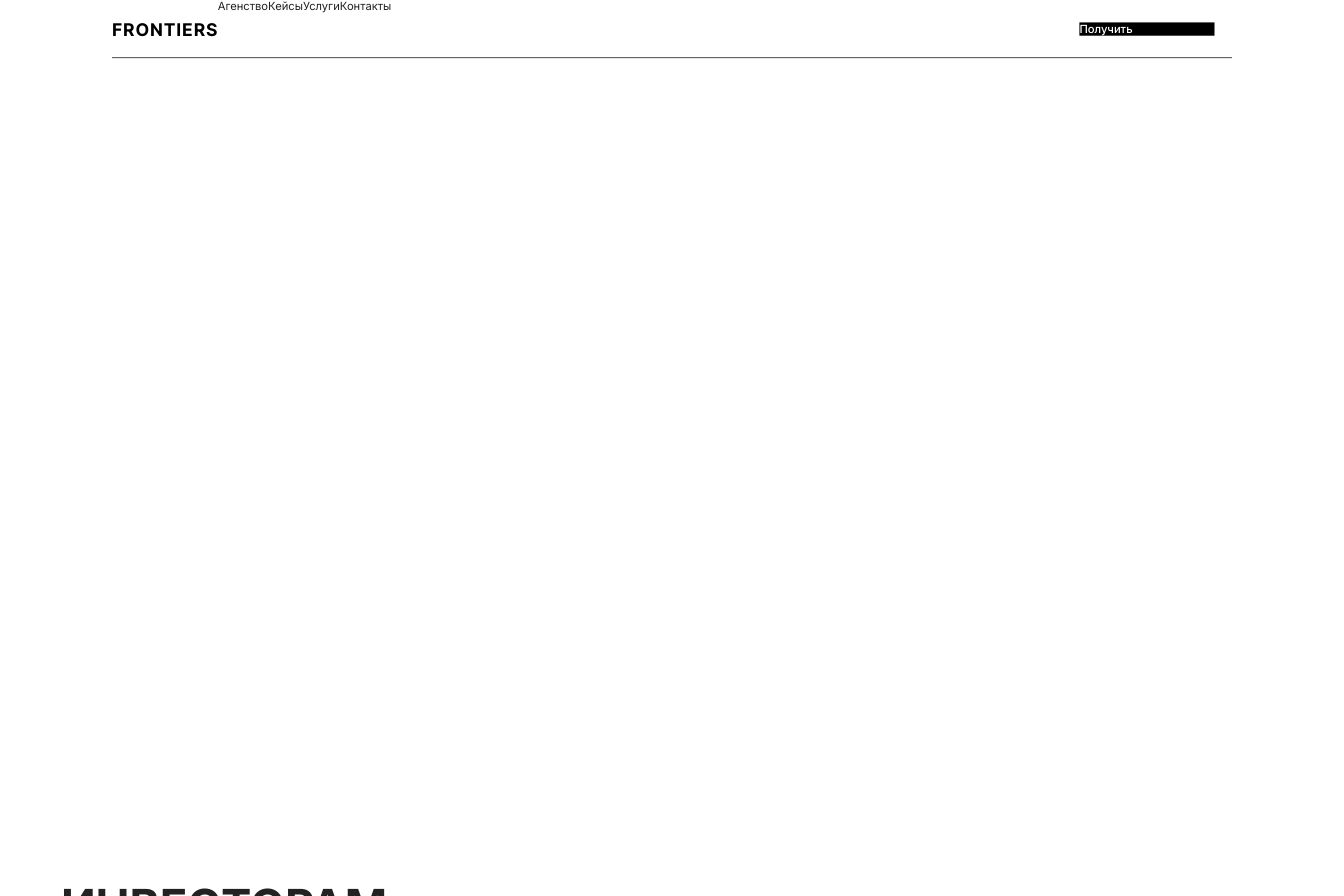
Repository: NadyaKorvin/frontiers
Page: /
These files come from the project's save history. The page is drawn as it stood at one moment and after the next save; the edit follows.
The browser window is 1280 px wide. The page is 1920 px wide, so the pictures cover 1920 px, including what lies to the right of the window. The pictures show the part of the page from y = 0 to 1280 px (the page is 1728 px tall), at 70% of full size.
The project was rebuilt for these pictures with package versions that can differ from the ones it lists, and the page was loaded fresh each time.

Above is the page before, as saved 2022-05-23 03:06:01.

After the next save:
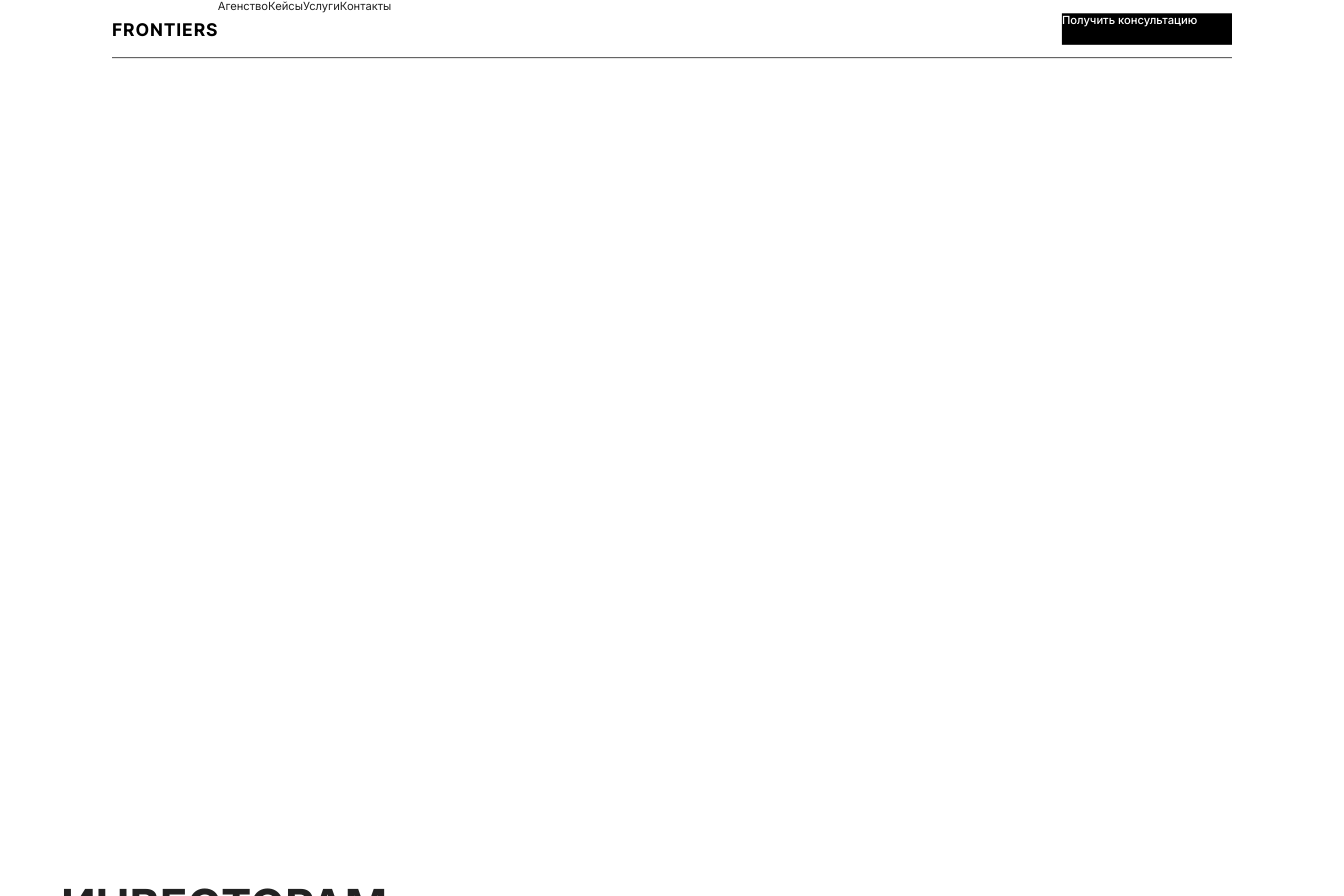
Saved 21 s later.
--- a/src/components/firstScreen/FirstScreen.module.css
+++ b/src/components/firstScreen/FirstScreen.module.css
@@ -38,18 +38,12 @@
   top: 19px;
 
   background: #000000;
-  position: absolute;
 
-width: 193px;
-height: 19px;
-left: 1542px;
-top: 32px;
+  font-family: "Inter";
+  font-style: normal;
+  font-weight: 500;
+  font-size: 16px;
+  line-height: 19px;
 
-font-family: 'Inter';
-font-style: normal;
-font-weight: 500;
-font-size: 16px;
-line-height: 19px;
-
-color: #FFFFFF;
+  color: #ffffff;
 }
